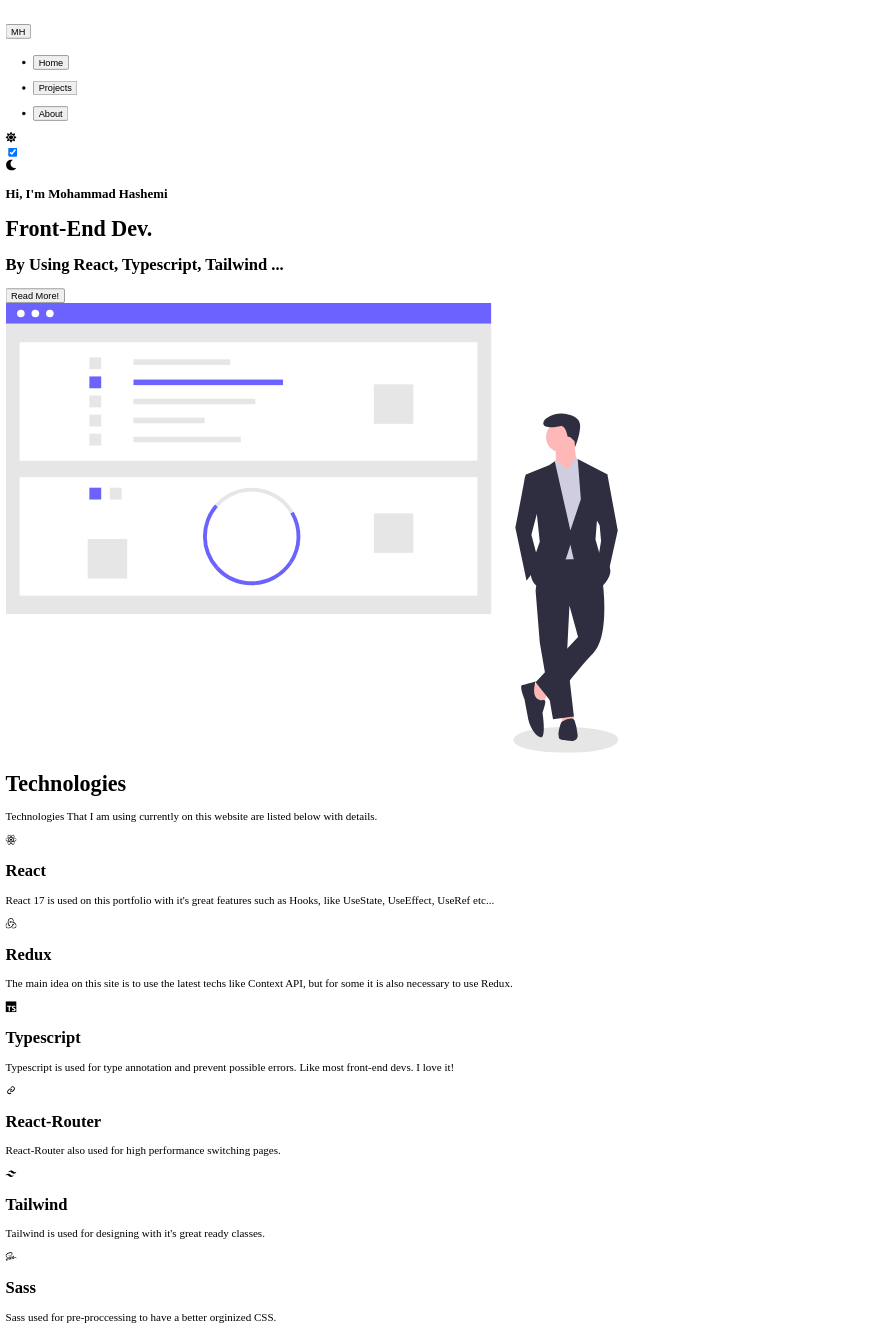
Repository: SMohammadH/react-typescript-tailwind
Page: /
These files come from the project's save history. The page is drawn as it stood at one moment and after the next save; the edit follows.
The browser window is 1280 px wide. The pictures show the whole page, at 69% of full size.
The project was rebuilt for these pictures with package versions that can differ from the ones it lists, and the page was loaded fresh each time. Also part of the build but not shown: craco.config.js.

Above is the page before, as saved 2021-02-04 07:25:58.

After the next save:
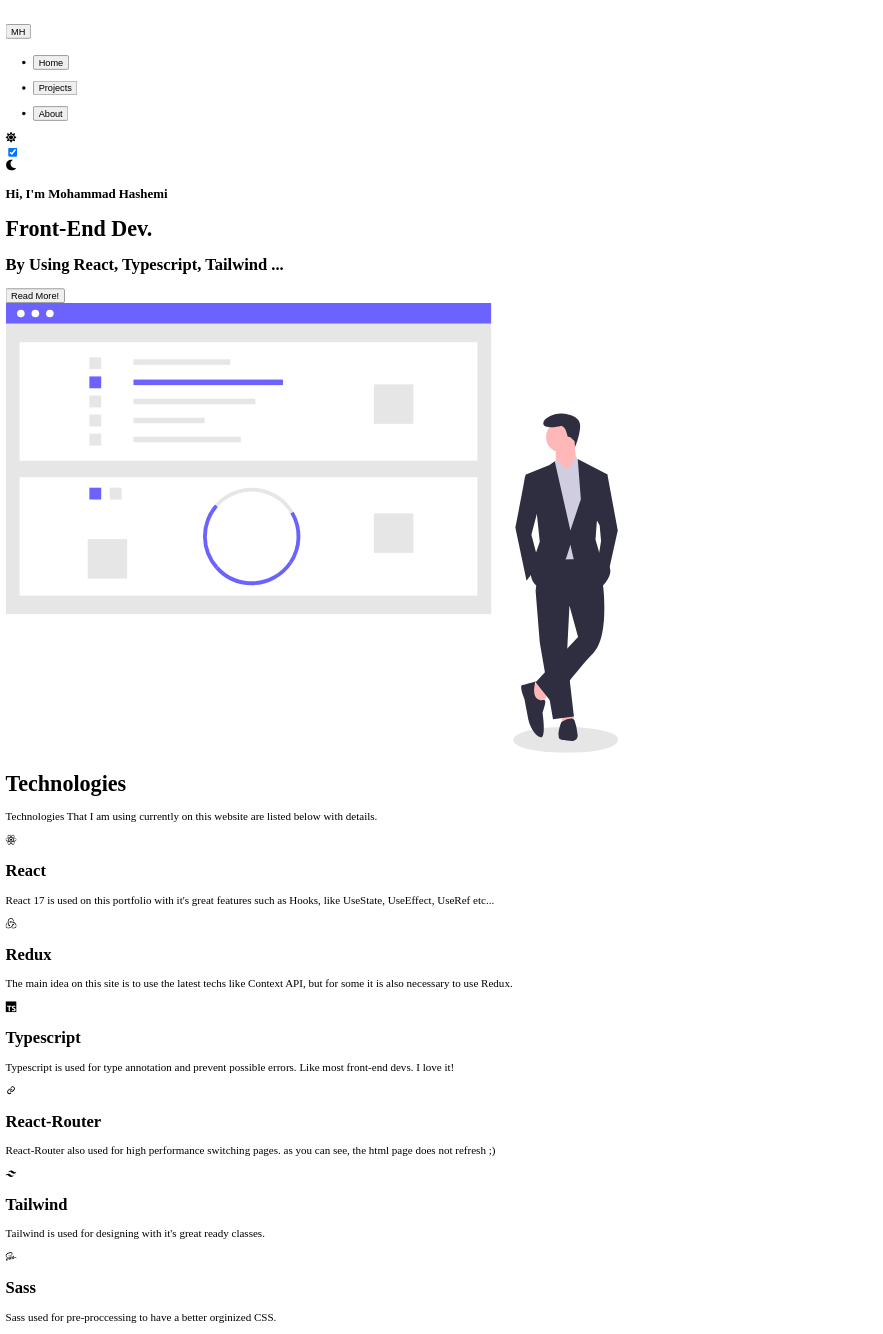
Saved 51 s later.
--- a/src/components/SecondSection.tsx
+++ b/src/components/SecondSection.tsx
@@ -16,7 +16,8 @@
       'Typescript is used for type annotation and prevent possible errors. Like most front-end devs. I love it!',
   },
   {
-    reactRouter: 'React-Router also used for high performance switching pages.',
+    reactRouter:
+      'React-Router also used for high performance switching pages. as you can see, the html page does not refresh ;)',
   },
   { tailwind: `Tailwind is used for designing with it's great ready classes.` },
   { sass: 'Sass used for pre-proccessing to have a better orginized CSS.' },
